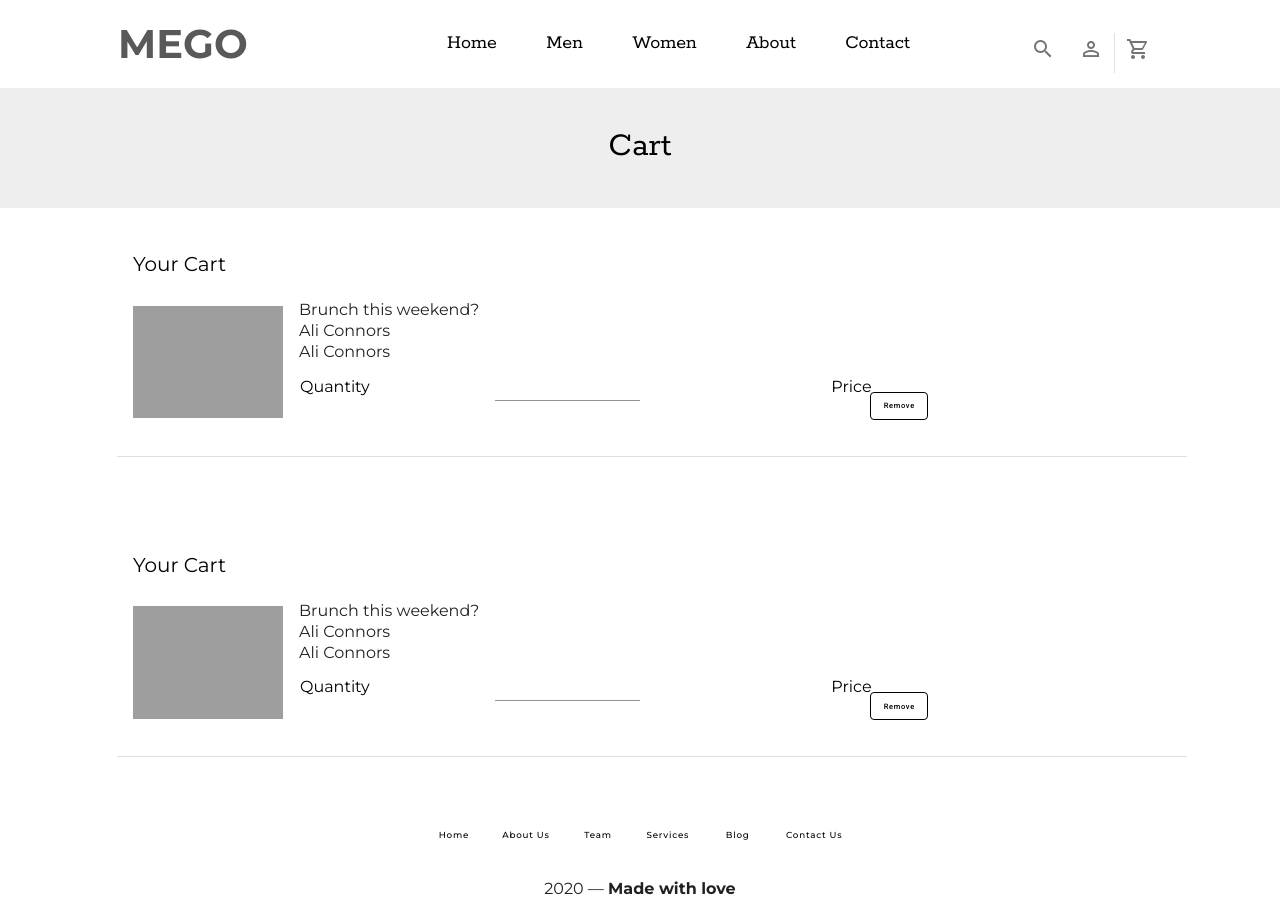
Repository: nguyenphuong152/mego-frontend
Page: /cart (app in frontend/)
These files come from the project's save history. The page is drawn as it stood at one moment and after the next save; the edit follows.
The browser window is 1280 px wide. The pictures show the whole page.
Pictures or frames that could not be fetched are drawn as grey boxes. The project was rebuilt for these pictures with package versions that can differ from the ones it lists, and the page was loaded fresh each time. Also part of the build but not shown: frontend/vue.config.js, frontend/src/components/Customer/Collection.vue, frontend/src/components/Customer/Banner.vue, frontend/src/components/Customer/BestSeller.vue, frontend/src/components/Customer/Partner.vue, frontend/src/views/Customer/Home.vue, frontend/src/components/Customer/ProductCategory.vue, frontend/src/components/Customer/ProductView.vue and 10 more. Imported but missing from the stored project, and not drawn on this page: frontend/src/views/Admin/Category.vue, frontend/src/views/Admin/ManageProduct.vue, frontend/src/views/Admin/ManageUser.vue, frontend/src/views/Admin/OrderList.vue.

Above is the page before, as saved 2020-11-26 16:59:38.

### frontend/public/index.html
<!DOCTYPE html>
<html lang="en">
  <head>
    <meta charset="utf-8">
    <head>
      <title>MEGO</title>
    </head>
    <meta http-equiv="X-UA-Compatible" content="IE=edge">
    <meta name="viewport" content="width=device-width,initial-scale=1.0">
    <link rel="icon" href="<%= BASE_URL %>favicon.ico">
    <title><%= htmlWebpackPlugin.options.title %></title>
    <link href="https://fonts.googleapis.com/css?family=Montserrat:300,400,500,600,700" rel="stylesheet">
    <link href="https://fonts.googleapis.com/css?family=Rokkitt:100,300,400,700" rel="stylesheet">
    <link rel="stylesheet" href="https://fonts.googleapis.com/css?family=Roboto:100,300,400,500,700,900">
    <link rel="stylesheet" href="https://cdn.jsdelivr.net/npm/@mdi/font@latest/css/materialdesignicons.min.css">
  </head>
  <body>
    <noscript>
      <strong>We're sorry but <%= htmlWebpackPlugin.options.title %> doesn't work properly without JavaScript enabled. Please enable it to continue.</strong>
    </noscript>
    <div id="app"></div>
    <!-- built files will be auto injected -->
  </body>
</html>

### frontend/src/main.js
import Vue from 'vue'
import App from './App.vue'
import vuetify from './plugins/vuetify';
import router from './router'
import '../sass/style.scss'
import 'bootstrap/dist/css/bootstrap.css'
import 'bootstrap-vue/dist/bootstrap-vue.css'
import { BootstrapVue, IconsPlugin } from 'bootstrap-vue'

Vue.use(BootstrapVue)
// Optionally install the BootstrapVue icon components plugin
Vue.use(IconsPlugin)
Vue.config.productionTip = false

new Vue({
  vuetify,
  router,
  render: h => h(App)
}).$mount('#app')

### frontend/src/App.vue
<template>
  <v-app app>
    <v-container v-if="!['Admin', 'Banner', 'Category','Product','ManageUser','OrderList','Dashboard'].includes($route.name)">
      <Toolbar />
    </v-container>
    <v-main>
      <router-view></router-view>
    </v-main>
      <Footer v-if="!['Admin', 'Banner', 'Category','Product','ManageUser','OrderList','Dashboard'].includes($route.name)"/>
  </v-app>

</template>

<script>

import Footer from "./components/Customer/Footer";
import Toolbar from "./components/Customer/Toolbar";

export default {
  name: "App",

  components: {
    Toolbar,
    Footer
  },

  data: () => ({
    //
  }),
};
</script>

### frontend/src/plugins/vuetify.js
import Vue from 'vue';
import Vuetify from 'vuetify/lib';


Vue.use(Vuetify);

const vuetify = new Vuetify({
    theme: {
      themes: {
        light: {
          primary: '#000',
          secondary: '#b0bec5',
          accent: '#8c9eff',
          error: '#b71c1c',
        },
      },
    },
  })

export default new Vuetify({
    vuetify,
});

### frontend/src/router/index.js
import Vue from "vue";
import VueRouter from "vue-router";
import Home from "../views/Customer/Home.vue";
import Men from "../views/Customer/Men.vue";
import Women from "../views/Customer/Women.vue";
import Admin from "../views/Admin/Admin.vue";
import Product from "../views/Admin/ManageProduct.vue";
import Banner from "../views/Admin/Banner.vue";
import Category from "../views/Admin/Category.vue";
import ManageUser from "../views/Admin/ManageUser.vue";
import OrderList from "../views/Admin/OrderList.vue";
import Dashboard from "../views/Admin/Dashboard.vue"
//import ProductDetail from "../views/ProductDetail.vue"

Vue.use(VueRouter);

const routes = [
  {
    path: "/",
    name: "Home",
    component: Home,
  },
  {
    path: "/men",
    name: "Men",
    component: Men,
  },
  {
    path: "/women",
    name: "Women",
    component: Women,
  },
  {
    path: "/about",
    name: "About",
    // route level code-splitting
    // this generates a separate chunk (about.[hash].js) for this route
    // which is lazy-loaded when the route is visited.
    component: () =>
      import(/* webpackChunkName: "about" */ "../views/Customer/About.vue"),
  },
  {
    path: "/contact",
    name: "Contact",
    component: () =>
      import(/* webpackChunkName: "about" */ "../views/Customer/Contact.vue"),
  },
  {
    path: "/cart",
    name: "Cart",
    component: () =>
      import(/* webpackChunkName: "about" */ "../views/Customer/Cart.vue"),
  },
  {
    path: "/account",
    name: "Account",
    component: () =>
      import(/* webpackChunkName: "about" */ "../views/Customer/Account.vue"),
  },
  {
    path: "/userlogin",
    name: "UserLogin",
    component: () =>
      import(/* webpackChunkName: "about" */ "../views/Customer/UserLogin.vue"),
  },
  {
    path: "/checkout",
    name: "Checkout",
    component: () =>
      import(/* webpackChunkName: "about" */ "../views/Customer/Checkout.vue"),
  },
  {
    path: "/product/:id",
    name: "ProductDetail",
    component: () =>
      import(/* webpackChunkName: "about" */ "../views/Customer/ProductDetail.vue"),
  },
  {
    path: "/admin",
    name: "Admin",
    component: Admin,
    children: [
      {
        path: "/banner",
        name: "Banner",
        component: Banner,
      },
      {
        path: "/category",
        name: "Category",
        component: Category,
      },
      {
        path: "/product",
        name: "Product",
        component: Product,
      },
      {
        path: "/manageuser",
        name: "ManageUser",
        component: ManageUser,
      },
      {
        path: "/orderlist",
        name: "OrderList",
        component: OrderList,
      },
      {
        path: "/dashboard",
        name: "Dashboard",
        component: Dashboard,
      },
    ],
  },
];

const router = new VueRouter({
  mode: "history",
  base: process.env.BASE_URL,
  routes,
});

export default router;

### frontend/sass/style.scss

$font-primary: 'Montserrat',
Arial,
sans-serif;
$font-secondary: 'Rokkitt',
Georgia,
serif;


@import '~vuetify/src/styles/styles.sass';

// Overrides
$grid-gutter-width: 20px !default;
$border-radius-base: 4px !default;
$padding-base-vertical: 14px !default;

$brand-primary: #616161 !default;
$brand-secondary: #88c8bc !default;
$brand-yellow: #FFDD00 !default;
$brand-footer-color: #2C2E3E;

$brand-white: #fff;
$brand-black: #000;
$brand-darker: #444;
$brand-gray: #ccc;
$brand-lighter: #e9e9e9;
$brand-body-color: #e8e8e8;
$brand-selection-color: #f9f6f0;
$brand-overlay-color: #4c4a8a;
$brand-bg-color: $brand-white;

.v-btn {
  text-transform:none !important;
}
// .v-text-field{
//   width: 50px;
//   height: 10px;
// }

#app {
  -webkit-font-smoothing: antialiased;
  -moz-osx-font-smoothing: grayscale;

  text-align: center;
  .container {
    max-width: 1100px;
  }
  font: 300
}

.nav {
  padding-left: 0px;
  a {
    font-size: 20px;
    color: lighten($brand-black,35%);
    font-family: $font-secondary;
    text-decoration: none;
    font-weight: 500;
    &.router-link-exact-active {
      color: #42b983;
    }

  }
}

#logo {
  font-size: 40px;
  font-weight: 700;
  font-family: $font-primary;
  color: lighten($brand-black, 35%);
}


.slogan {
  font-size: 50px;
  color: #2c3e50;
  font-family: $font-secondary;
  text-decoration: none;
}

.title-collection{
  @extend .slogan;
  font-size: 25px;
}


.slogan-3 {
  @extend .slogan;
  font-size: 35px;
}

.title-shoes {
  @extend .slogan;
  font-size: 20px;
}


.footer-text {
  font-family:$font-primary;
  font-size: 16px;
}

.admin {
  font-family: $font-primary;
  font-size:16px;
}

.admin-nav {
  font-family: $font-primary !important;
  font-size: 20px !important;
  color: white !important;
}

### frontend/src/components/Customer/Footer.vue
<template>
  <v-footer class="white" padless>
    <v-row justify="center" no-gutters>
      <v-btn
        v-for="link in links"
        :key="link"
        color="black"
        text
        rounded
        class="my-2 footer-text"
      >
        {{ link }}
      </v-btn>
      <v-col class="white py-4 text-center fluid footer-text" cols="12">
        {{ new Date().getFullYear() }} — <strong>Made with love</strong>
      </v-col>
    </v-row>
  </v-footer>
</template>

<script>
export default {
  data: () => ({
    links: ["Home", "About Us", "Team", "Services", "Blog", "Contact Us"],
  }),
};
</script>

<style></style>

### frontend/src/components/Customer/Toolbar.vue
<template>
  <v-toolbar flat>
    <v-row class="d-flex align-baseline">
      <v-col cols="3" class="d-flex justify-lg-start">
        <v-toolbar-title id="logo">MEGO</v-toolbar-title>
      </v-col>
      <v-col class="d-flex justify-space-around text-start nav">
        <router-link to="/">Home</router-link>
        <router-link to="/men">Men</router-link>
        <router-link to="/women">Women</router-link>
        <router-link to="/about">About</router-link>
        <router-link to="/contact">Contact</router-link>
      </v-col>
      <v-col cols="2" class="d-flex justify-end">
        <v-btn icon>
          <v-icon>mdi-magnify</v-icon>
        </v-btn>
        <v-menu
          open-on-hover
          top
          offset-y
          :position-x="960"
          :position-y="230"
          absolute
        >
          <template v-slot:activator="{ on, attrs }">
            <v-btn icon v-bind="attrs" v-on="on">
              <v-icon>mdi-account-outline</v-icon>
            </v-btn>
          </template>

          <v-list class="text-start nav">
            <v-list-item v-for="(item, index) in routes" :key="index" :to="item.path">
              <v-list-item-title>{{ item.name }}</v-list-item-title>
            </v-list-item>
          </v-list>
        </v-menu>
        <v-divider vertical inset></v-divider>
        <v-btn icon @click="goToCart">
          <v-icon>mdi-cart-outline</v-icon>
        </v-btn>
      </v-col>
    </v-row>
  </v-toolbar>
</template>

<script>
export default {
  data: () => ({
    routes: [
      {
        path:"/checkout",
        name:"Check Out"
       },
       {
        path:"/account",
        name:"My Account"
       },
       {
        path:"/userlogin",
        name:"User Login"
       },

    ],
  }),
  methods: {
     goToCart: function() {
     this.$router.push({name: 'Cart'})
     }
  }
};
</script>

<style></style>

### frontend/src/views/Customer/Cart.vue
<template>
  <div class="cart app">
   <v-sheet color="grey lighten-3" height="120">
      <v-container py-8>
        <a class="slogan-3">Cart</a>
      </v-container>
    </v-sheet>
     <div>
       <v-container>
 <v-row>
         <v-col cols="8">
<totalProducts/>
         </v-col>
   <v-col>
<totalProducts/>
         </v-col>
       </v-row>
       </v-container>

  </div>
  </div>
</template>

<script>

import totalProducts from '../../components/Customer/TotalProducts'


export default {
  components: {totalProducts},
   data () {

   }
}
</script>

### frontend/src/components/Customer/TotalProducts.vue
<template>
  <v-container class="app">
    <v-list three-line>
      <template v-for="(item, index) in items">
        <v-subheader
          class="admin-nav black--text"
          v-if="item.header"
          :key="item.header"
          v-text="item.header"
        ></v-subheader>

        <v-divider v-else-if="item.divider" :key="index"></v-divider>

        <v-list-item v-else :key="item.title">
          <v-img :src="item.avatar" max-height="150" max-width="150"></v-img>
          <v-list-item-content class="text-start ml-4">
            <v-list-item-title
              v-html="item.title"
              class="admin"
            ></v-list-item-title>
            <v-list-item-subtitle
              class="admin"
              v-html="item.subtitle"
            ></v-list-item-subtitle>
            <v-list-item-subtitle
              class="admin"
              v-html="item.subtitle"
            ></v-list-item-subtitle>
            <v-row class="pl-4 d-flex align-center">
              <v-col class="pa-0 admin " cols="4">
                <a>Quantity</a>
              </v-col>
              <v-col class="pa-0 admin" cols="3">
                <v-text-field single-line></v-text-field>
              </v-col>
              <v-col class="text-end admin">
                <a> Price</a>
              </v-col>

            </v-row>
            <v-row class="pl-4 d-flex align-center">
                 <v-btn small  outlined color="black">
              Remove
            </v-btn>
              </v-row>

          </v-list-item-content>
        </v-list-item>
      </template>
    </v-list>
  </v-container>
</template>

<script>
export default {
  data: () => ({
    items: [
      { header: "Your Cart" },
      {
        avatar: "https://cdn.vuetifyjs.com/images/lists/1.jpg",
        title: "Brunch this weekend?",
        subtitle: `<span class="text--primary">Ali Connors</span>`,
      },
      { divider: true, inset: true },
    ],
    size: ["Foo", "Bar", "Fizz", "Buzz"],
  }),
};
</script>

<style></style>

After the next save:
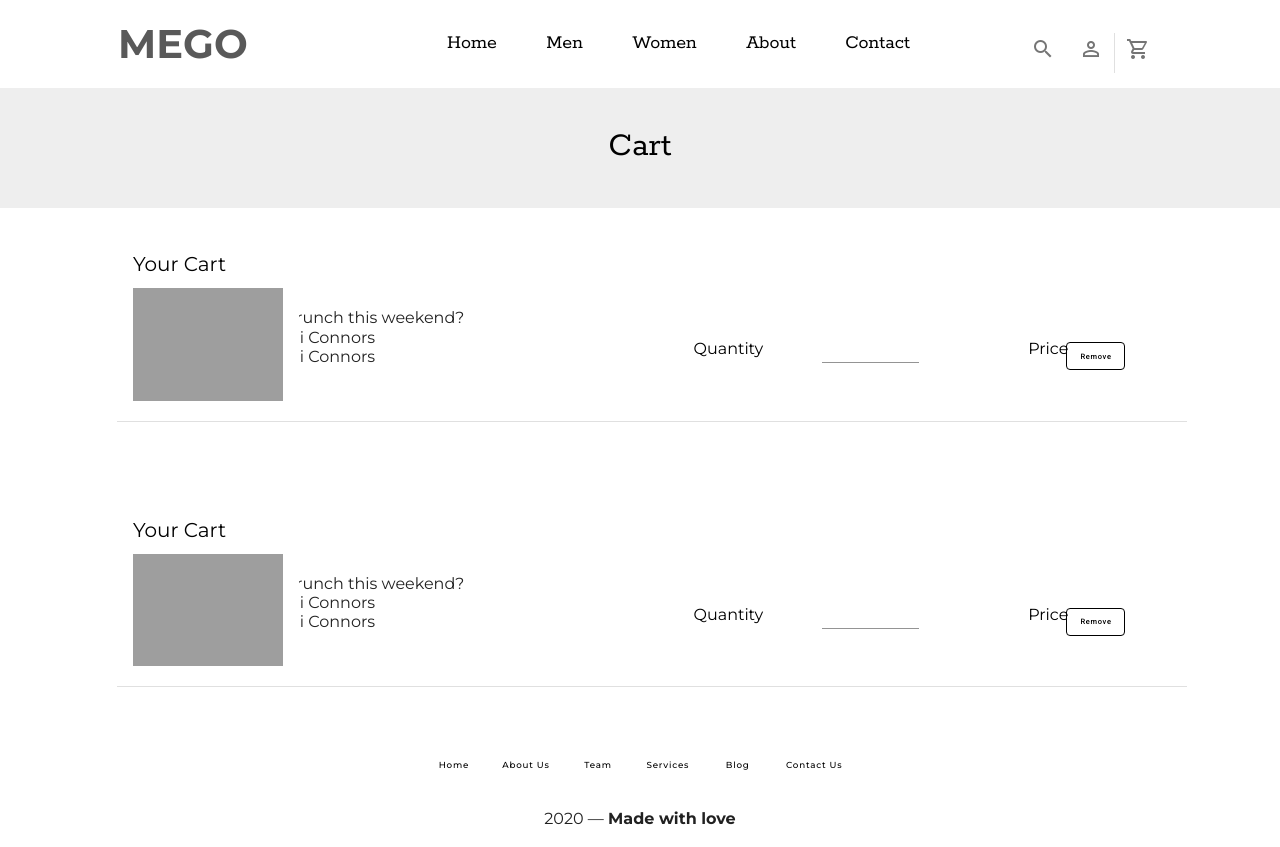
Saved 30 s later.
--- a/frontend/src/components/Customer/TotalProducts.vue
+++ b/frontend/src/components/Customer/TotalProducts.vue
@@ -14,7 +14,8 @@
         <v-list-item v-else :key="item.title">
           <v-img :src="item.avatar" max-height="150" max-width="150"></v-img>
           <v-list-item-content class="text-start ml-4">
-            <v-list-item-title
+           <v-row>
+              <v-list-item-title
               v-html="item.title"
               class="admin"
             ></v-list-item-title>
@@ -26,6 +27,7 @@
               class="admin"
               v-html="item.subtitle"
             ></v-list-item-subtitle>
+           </v-row>
             <v-row class="pl-4 d-flex align-center">
               <v-col class="pa-0 admin " cols="4">
                 <a>Quantity</a>
